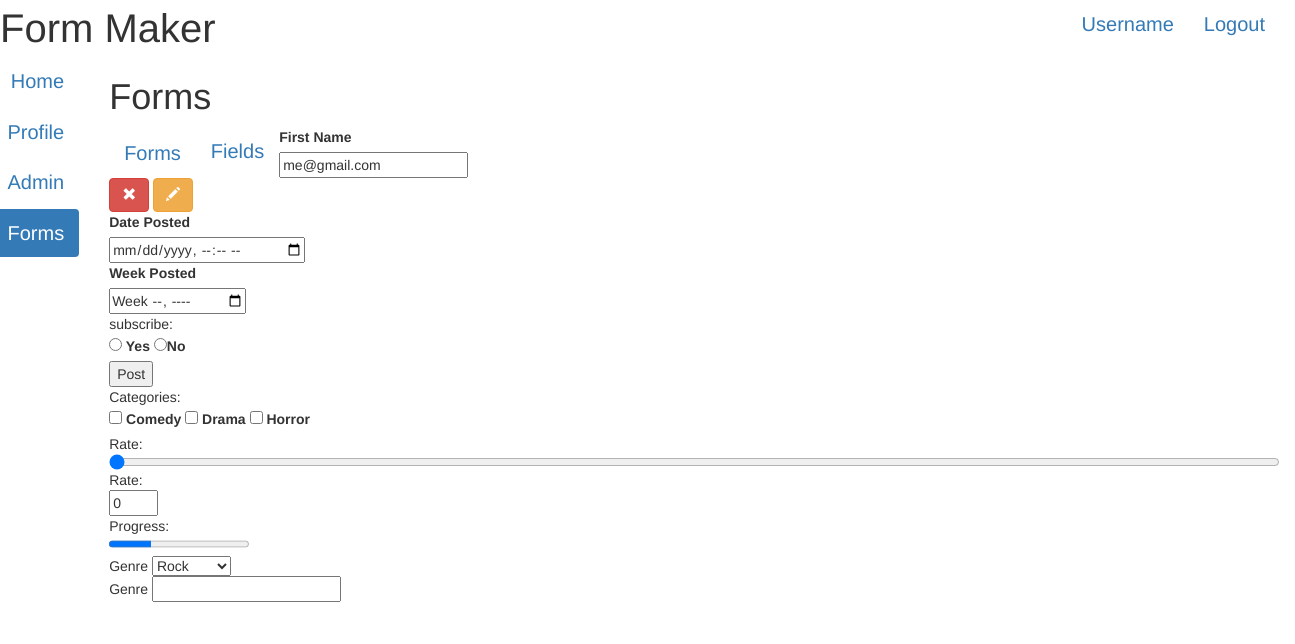
Repository: dishant8/Web-development
Page: public/WebDevWorkspace/Assignment1/WebContent/Css/Bootstrap/form-fields.html
The author's editor kept a copy of each file at every save. The page is drawn from the files as they stood at one save, then again after the next save.
The browser window is 1280 px wide. The page is 1295 px wide, so the pictures cover 1295 px, including what lies to the right of the window. The pictures show the whole page.

Above is the page before, as saved 2015-10-03 20:35:09.

### public/WebDevWorkspace/Assignment1/WebContent/Css/Bootstrap/form-fields.html
<!DOCTYPE html>
<html>
<head>
<meta charset="ISO-8859-1">
<title>Form Maker</title>
<!--   <link href="Css/bootstrap.min.css" rel="stylesheet" />-->
<link href="app/vendor/bootstrap/dist/css/bootstrap.min.css"
	rel="stylesheet" />

<link rel="stylesheet" href="style.css" />


</head>
<body>
	<div>
		<div id="upper-header">
				<span class="header-width">Form Maker</span>
				<ul class="nav nav-pills navigate">
					<li id="logout" role="presentation"><a href="login.html">Logout</a></li>
					<li id="username" role="presentation"><a href="profile.html">Username</a></li>
				</ul>

		</div>



		<div class="row">

			<div class="col-xs-1">

				<ul class="nav nav-pills nav-stacked">
					<li role="presentation"><a href="home.html">Home</a></li>
					<li role="presentation"><a href="profile.html">Profile</a></li>
					<li role="presentation"><a href="admin.html">Admin</a></li>
					<li role="presentation" class="active"><a href="forms.html">Forms</a></li>
				</ul>
			</div>

			<div class="col-xs-11">
				<h1>Forms</h1>
				<ul id="tab" class="nav nav-pills nav-stacked">

					<li role="presentation"><a href="form-fields.html">Fields</a></li>
					<li role="presentation"><a href="forms.html">Forms</a></li>
				</ul>


				<form>
					<div>
						<label for="first name">First Name</label>
						<div>
							<input value="me@gmail.com" id="email" placeholder="First Name"
								title="please enter your First Name" name="first name"
								type="email" />
						</div>

						<div>
							<a href="#" class="btn btn-danger"> <scan
									class="glyphicon glyphicon-remove"></scan>
							</a> <a href="#" class="btn btn-warning"> <scan
									class="glyphicon glyphicon-pencil"></scan>
							</a>
						</div>
					</div>

					<div>
						<label for="date">Date Posted</label>
						<div>
							<input id="date" title="Please enter date posted" name="date"
								type="datetime-local" />
						</div>
					</div>



					<div>
						<label for="week">Week Posted</label>
						<div>
							<input id="week" title="Please enter Week posted" name="week"
								type="week" />
						</div>
					</div>

					<div>
						subscribe: <br /> <label><input type="radio"
							name="subscribe" value="yes" /> Yes </label> <label><input
							type="radio" name="subscribe" value="no" />No</label>
					</div>

					<div>
						<button type="submit">Post</button>
					</div>

					<div>
						Categories: <br /> <label><input type="checkbox"
							name="Categories" value="comedy" /> Comedy</label> <label><input
							type="checkbox" name="Categories" value="drama" /> Drama</label> <label><input
							type="checkbox" name="Categories" value="Horror" /> Horror</label>

					</div>

					<div>
						Rate:<br /> <input type="range" max="5" value="0">


					</div>

					<div>
						Rate:<br /> <input type="number" min="0" max="5" value="0" />
					</div>

					<div>
						Progress:<br />
						<progress max="100" value="30" />
					</div>

					<div>

						Genre <select name="genre">
							<option value="ROCK">Rock</option>
							<option value="CLASSICAL">Classical</option>
							<option value="COUNTRY">Country</option>
							<option value="NEW AGE">New Age</option>
						</select>

					</div>

					<div>

						Genre <input list="genre2">
						<datalist id="genre2" />
						<option value="ROCK">Rock</option>
						<option value="CLASSICAL">Classical</option>
						<option value="COUNTRY">Country</option>
						<option value="NEW AGE">New Age</option>
						</select>

					</div>
				</form>


			</div>

		</div>
	</div>
</body>
</html>

### public/WebDevWorkspace/Assignment1/WebContent/Css/Bootstrap/style.css
body{
margin="10px";
padding="10px";

}

.col-md-1{
	border-right: black solid medium;
	border-top: black solid medium;
	border-bottom: black solid medium;
	border-left: black solid medium;
	font-size :15px;
}



.contain{
		border-bottom: black solid medium;
	border-top: black solid medium;
	border-right: black solid medium;
	border-left: black solid medium;
	margin-top: 30 px;
	margin-bottom: 30 px;
	margin-left: 30 px;
	margin-right: 30 px;

}

#navigate{
	float= right;
	font-size: 20px;
}

.nav-pills>li{
	float: right;
	font-size: 20px;
}

#upper-header{


}

#tab{
	float: left;
	font-size: 20px;
}

.navigate{
	width:30%;
	float: right;
}

.header-width{
	width:70%;
	font-size: 40px;
}

Loaded but not shown: public/WebDevWorkspace/Assignment1/WebContent/Css/Bootstrap/app/vendor/bootstrap/dist/css/bootstrap.min.css (library)

After the next save:
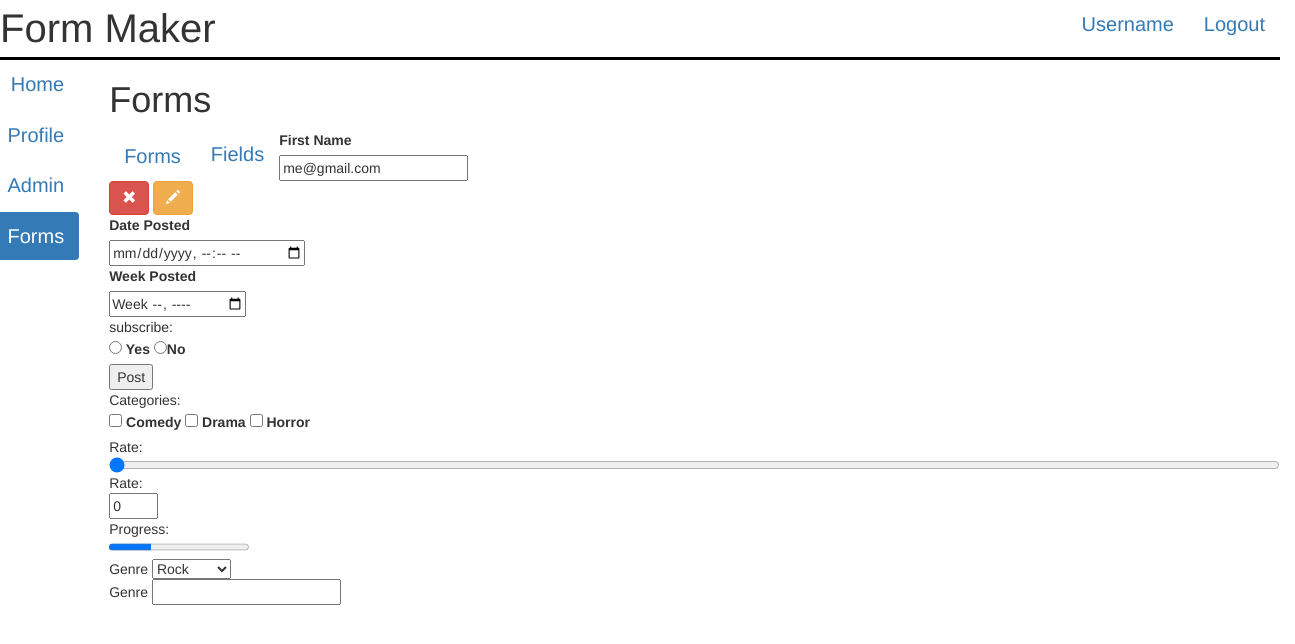
Saved 38 s later.
--- a/public/WebDevWorkspace/Assignment1/WebContent/Css/Bootstrap/style.css
+++ b/public/WebDevWorkspace/Assignment1/WebContent/Css/Bootstrap/style.css
@@ -37,7 +37,7 @@ padding="10px";
 }
 
 #upper-header{
-
+	border-bottom: black solid;
 
 }
 
